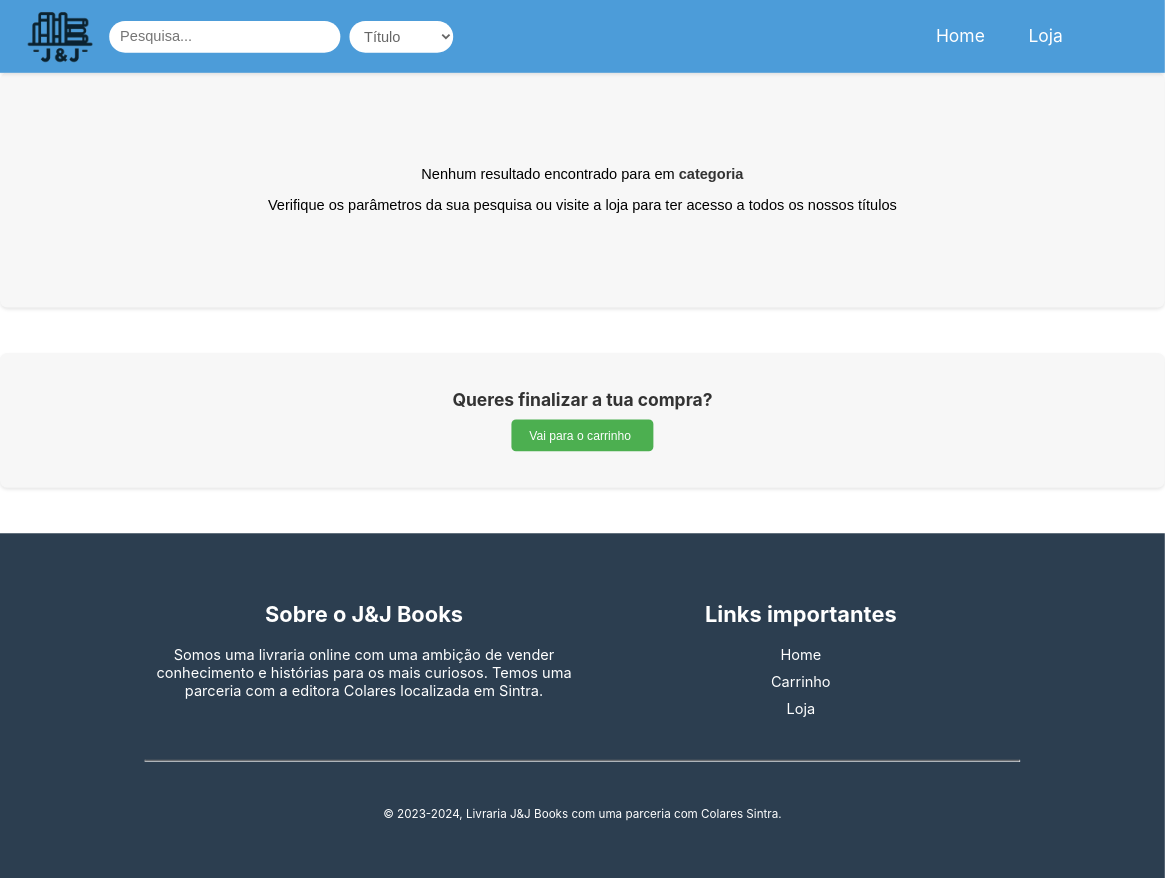
Repository: JoaoVitorFigueiredo/colareseditora
Page: /search
An editor plug-in stored every save of this project. The page is shown before and after a run of saves, followed by the edit.
The browser window is 1280 px wide. The pictures show the whole page, at 91% of full size.
Some icons come from a web library that is not loaded, so they are not drawn. The page's requests for data from a server got no answer. The project was rebuilt for these pictures with package versions that can differ from the ones it lists, and the page was loaded fresh each time. No one was signed in, and anything a server would have sent is missing. Also part of the build but not shown: src/Components/book-thumbnail.css, src/Utils/CartUtils.js, src/Components/book-thumbnail.js, src/Components/filter/filter.css, src/Components/filter/filter.js, src/Components/pageNav/pageNav.css, src/Components/pageNav/pageNav.js, src/Pages/shop/shop.css and 9 more.

Above is the page before, as saved 2024-04-18 21:16:20.

### public/index.html
<!DOCTYPE html>
<html lang="en">
  <head>
    <meta charset="utf-8" />
    <link rel="icon" href="%PUBLIC_URL%/favicon.ico" />
    <meta name="viewport" content="width=device-width, initial-scale=1" />
    <meta name="theme-color" content="#000000" />
    <meta
      name="description"
      content="Bookshop by J&J Books"
    />
    <link rel="apple-touch-icon" href="%PUBLIC_URL%/logo192.png" />
    <!--
      manifest.json provides metadata used when your web app is installed on a
      user's mobile device or desktop. See https://developers.google.com/web/fundamentals/web-app-manifest/
    -->
    <link rel="manifest" href="%PUBLIC_URL%/manifest.json" />
    <!--
      Notice the use of %PUBLIC_URL% in the tags above.
      It will be replaced with the URL of the `public` folder during the build.
      Only files inside the `public` folder can be referenced from the HTML.

      Unlike "/favicon.ico" or "favicon.ico", "%PUBLIC_URL%/favicon.ico" will
      work correctly both with client-side routing and a non-root public URL.
      Learn how to configure a non-root public URL by running `npm run build`.
    -->
    <title>J&J</title>
    <link href="https://cdn.jsdelivr.net/gh/eliyantosarage/font-awesome-pro@main/fontawesome-pro-6.5.1-web/css/all.min.css" rel="stylesheet">
  </head>
  <body>
    <noscript>You need to enable JavaScript to run this app.</noscript>
    <div id="root"></div>
    <!--
      This HTML file is a template.
      If you open it directly in the browser, you will see an empty page.

      You can add webfonts, meta tags, or analytics to this file.
      The build step will place the bundled scripts into the <body> tag.

      To begin the development, run `npm start` or `yarn start`.
      To create a production bundle, use `npm run build` or `yarn build`.
    -->
  </body>
</html>

### src/index.css
body {
  margin: 0;
  min-height: 100%;
  font-family: -apple-system, BlinkMacSystemFont, 'Segoe UI', 'Roboto', 'Oxygen',
    'Ubuntu', 'Cantarell', 'Fira Sans', 'Droid Sans', 'Helvetica Neue',
    sans-serif;
  -webkit-font-smoothing: antialiased;
  -moz-osx-font-smoothing: grayscale;
}

code {
  font-family: source-code-pro, Menlo, Monaco, Consolas, 'Courier New',
    monospace;
}

### src/App.js
import './App.css';
import {BrowserRouter as Router, Routes, Route} from "react-router-dom";
import {createContext, useState} from "react";

import Navbar from "./Components/navbar/navbar.js"
import Footer from "./Components/footer/footer.js"

import {Shop} from "./Pages/shop/shop"
import {Cart} from "./Pages/cart/cart"
import {BestSellers} from "./Pages/best-sellers/best-sellers";
import {Sales} from "./Pages/sales/books"
import {BookPage} from "./Pages/book-page/book-page";
import {Search} from "./Pages/search/search.js";

import {NotFoundPage} from './Pages/404/notfound';


export const CartContext = createContext({books:[],total:0,volume:0})

function App() {
  const [cart, setCart] = useState({books:[],total:0,volume:0})

  return (
    <div className="App">
      <CartContext.Provider value={{cart,setCart}}>
    <Router>
      <Navbar/>
      <Routes>
        <Route path="/" element={<BestSellers/>}></Route>
        <Route path="/shop" element={<Shop/>}></Route>
        <Route path="/sales" element={<Sales/>}></Route>
        <Route path="/cart" element={<Cart/>}></Route>
        <Route path="/book/:id" element={<BookPage/>}></Route>
        <Route path="/search" element={<Search/>}></Route>
        <Route path="*" element={<NotFoundPage />} />
      </Routes>
      <Footer/>
    </Router>
        </CartContext.Provider>
    </div>

  );
}

export default App;

### src/Components/navbar/navbar.js
import React, { useState, useContext } from "react";
import { NavLink, useNavigate } from "react-router-dom";
import "./navbar.css";
import booklogo from '../../assets/logo-jj.png';
import {CartContext} from "../../App";


function NavBar() {
    const navigator = useNavigate()

    const [isMenuOpen, setIsMenuOpen] = useState(false);
    const toggleMenu = () => setIsMenuOpen(prevState => !prevState);

    const [searchString, setSearchString] = useState('');

    const [searchOption, setSearchOption] = useState('title')

    const {cart} = useContext(CartContext)



    function updateSearchString(e) {
        setSearchString(e.target.value);
    }

    function updateSearchOption(e){
        setSearchOption(e.target.value)
    }

    function handleEnter(e){
        if (e.key === "Enter") {
            navigator(`/search?searchOption=${searchOption}&searchString=${searchString}&page=1`)
        }
    }

    return (
        <nav className="navbar">
            <div className="nav-container">
                <NavLink exact to="/" className="nav-logo">
                    <img src={booklogo} alt="J&J Books Logo" className="logo-image"/>
                </NavLink>

                <div className="nav-search-container">
                    <input
                        type="text"
                        placeholder="Pesquisa..."
                        className="nav-search-input"
                        value={searchString}
                        onChange={updateSearchString}
                        onKeyDown={handleEnter}
                    />
                    <select id="dropdown" value={searchOption} onChange={updateSearchOption}>
                        <option value="title">Título</option>
                        <option value="authors">Autor</option>
                        <option value="categories">Categoria</option>
                    </select>
                </div>

                <div className="nav-toggle" onClick={toggleMenu}>
                    <div className={isMenuOpen ? "nav-icon open" : "nav-icon"}><i class="fa-solid fa-sliders"></i></div>
                </div>

                <ul className={isMenuOpen ? "nav-menu active" : "nav-menu"}>
                    <li className="nav-item" onClick={toggleMenu}>
                        <NavLink exact to="/" activeClassName="active" className="nav-links">
                            Home
                        </NavLink>
                    </li>
                    <li className="nav-item" onClick={toggleMenu}>
                        <NavLink exact to="/shop?selectedOption=-score&filterOption=authors&filterString=&page=1"
                              activeClassName="active" className="nav-links">
                            Loja
                        </NavLink>
                    </li>
                    <li className="nav-item" onClick={toggleMenu}>
                        <NavLink exact to="/cart" activeClassName="active" className="nav-links">
                            <i className="fas fa-shopping-cart"></i>
                            {cart.volume > 0 && (
                                <span className="cart-item-count">{cart.volume}</span>
                            )}
                        </NavLink>
                    </li>
                </ul>
            </div>
        </nav>
    );
}

export default NavBar;

### src/Components/footer/footer.js
import React from "react";
import { NavLink, useLocation } from "react-router-dom";
import "./footer.css";

function Footer() {
    const location = useLocation()
    function CallForAction() {

        if (location.pathname !== "/cart"){
            return (
                <div className="cart-call-for-action">
                    <h3>Queres finalizar a tua compra?</h3>
                    <NavLink to="/cart">
                        <button>Vai para o carrinho <i className="fas fa-shopping-cart"/></button>
                    </NavLink>
                </div>
            );
        }
    }

    return (
        <div>
            <CallForAction/>
            <footer className="footer">

                <div className="footer-container">
                    <div className="footer-section">
                        <h3 className="footer-heading">Sobre o J&J Books</h3>
                    <p className="footer-text">Somos uma livraria online com uma ambição de vender conhecimento e
                        histórias para os mais curiosos. Temos uma parceria com a editora Colares localizada em
                        Sintra.</p>
                </div>
                <div className="footer-section">
                    <h3 className="footer-heading">Links importantes</h3>
                    <ul className="footer-list">
                        <li className="footer-list-item"><NavLink to="/" className="footer-link">Home</NavLink>
                        </li>
                        <li className="footer-list-item"><NavLink to="/cart" className="footer-link">Carrinho</NavLink></li>
                        <li className="footer-list-item"><NavLink to="/shop" className="footer-link">Loja</NavLink></li>
                    </ul>
                </div>
            </div>
            <hr className="footer-divider"/>
            <div className="copyright">
                <p>&copy; 2023-{new Date().getFullYear()}, Livraria J&J Books com uma parceria com Colares Sintra.</p>
            </div>
        </footer>
        </div>
        );
        }

        export default Footer;

### src/Pages/search/search.js
import React, {useEffect, useState} from "react";
import {useLocation} from "react-router-dom";
import {BookThumbnail} from "../../Components/book-thumbnail";
import {PageNav} from "../../Components/pageNav/pageNav";
import "./search.css";

export function Search(){
    const  location  = useLocation()
    const { search } = location
    let page = new URLSearchParams(location.search).get("page")
    let searchString = new URLSearchParams(location.search).get("searchString")
    let searchOption = new URLSearchParams(location.search).get("searchOption")
    const [books, setBook] = useState([])
    const [pageNumber,setPageNumber] = useState()


    useEffect(() => {
        fetchBooks();
    },[page, searchString, searchOption])

    useEffect(()=>{
        window.scrollTo(0,0)
    }, [page])

    const fetchBooks = async () => {
        try {
            const responseTotal = await fetch(`http://localhost:3030/books?title_like=${searchString}`,{method:"GET"})
            const allBooks = await responseTotal.json();
            const totalBooks = allBooks.length
            setPageNumber(Math.ceil(totalBooks / 10))


            const response = await fetch(`http://localhost:3030/books?${searchOption}_like=${searchString}&_per_page=10&_page=${page}`,{method:"GET"})
            const bookData = await response.json();
            setBook(bookData)
        }
        catch (error){
            console.error(`Error fetching data: ${error}`) // Era engraçado fazer isso daqui enviar pra uma página de erro.
        }
    }
    if (books.length > 0) {
        return (
            <div>
                <h1 className="search-results">A exibir resultados para "{searchString}" em {searchOption === "authors" ? "autor" : searchOption === "title" ? "título" : "categoria"}</h1>
                {books.map(book => <BookThumbnail book={book}/>)}
                <PageNav currentPage={page} currentPath={location.pathname} currentParams={search}
                         pageNumber={pageNumber}/>
            </div>
        )
    }else{
        return(
            <div class="search-result">
                <p>Nenhum resultado encontrado para <strong>{searchString}</strong> em <strong>{searchOption === "authors" ? "autor" : searchOption === "title" ? "título" : "categoria"}</strong></p>
                <p>Verifique os parâmetros da sua pesquisa ou visite a loja para ter acesso a todos os nossos títulos</p>
            </div>
        )
    }
}

### src/Components/navbar/navbar.css
.navbar {
    background-color: #4c9cd9;
    height: 80px;
    display: flex;
    justify-content: center;
    align-items: center;
    font-size: 1.2rem;
    position: sticky;
    top: 0;
    z-index: 20;
    box-shadow: 0 2px 4px rgba(0, 0, 0, 0.1); /* Sombra inicial */
    transition: box-shadow 0.3s ease; /* Transição suave para a sombra */
  }

  .nav-container {
    display: flex;
    justify-content: space-between; /* Adiciona espaço entre os elementos */
    align-items: center;
    width: 100%;
    height: 80px;
    max-width: 1500px;
    position: relative;
}

.nav-menu {
    display: flex;
    list-style: none;
    text-align: center;
    margin-right: 2rem;
    margin-left: auto; /* Move os itens para o canto direito */
}


  .nav-logo {
    display: flex;
    align-items: center;
}

.nav-logo img {
    margin-left: 10px;
    cursor: pointer;
    width: 110px; /* Defina o tamanho desejado para a imagem */
    height: auto;
}


  .logo-image {
  width: 110px;
  height: auto;
}

  .nav-links {
    color: #fff;
    text-decoration: none;
    padding: 0.5rem 1rem;
    height: 100%;
    border-bottom: 3px solid transparent;
  }

  .nav-links:hover {
    color: #47636d;
  }

  .nav-links:active {
    color: #47636d;
  }

  .nav-item {
    line-height: 40px;
    margin-right: 1rem;
  }

  .nav-item:after {
    content: "";
    display: block;
    height: 3px;
    width: 0;
    background: transparent;
    transition: width 0.7s ease, background-color 0.5s ease;
  }

  /* Nav ativo atual */
  .nav-item .active {
    color: #000000;
  }

  .nav-icon {
    display: none;
    color: #6099ca;
  }

  .nav-icon .icon {
    display: inline-block;
    width: 2rem;
    height: 2rem;
  }

  @media screen and (max-width: 960px) {

    .nav-search-container {
        flex-grow: 1; /* Faz o container de pesquisa ocupar todo o espaço disponível */
    }

    .nav-menu {
      display: flex;
      flex-direction: column;
      width: 100%;
      border-top: 1pxsolid #fff;
      position: absolute;
      top: 80px;
      left: -110%;
      opacity: 1;
      transition: all 0.5s ease;
    }

    .nav-menu.active {
      background: #6699c6;
      left: 0px;
      opacity: 1;
      transition: all 0.5s ease;
      z-index: 1;
    }
    .nav-item .active {
      color: #4080ff;
      border: none;
    }
    .nav-links {
      padding: 1.5rem;
      width: 100%;
      display: table;
    }

    .nav-logo .icon {
      width: 2rem;
      height: 2rem;
    }

    .nav-icon {
      display: block;
      position: absolute;
      top: 50%;
      right: 0;
      transform: translate(-100%, -50%);
      width: 2rem;
      height: 2rem;
      cursor: pointer;
      color: #ffffff;
    }
  }

.nav-search-container {
    position: relative;
    display: flex; /* Adiciona flexbox para alinhar itens */
}

.nav-search-input {
  border: none;
  border-radius: 20px;
  padding: 8px 35px 8px 12px;
  font-size: 1rem;
  margin-right: 10px; /* Adiciona margem entre o input e o dropdown */
  flex-grow: 1; /* Faz o input ocupar o espaço restante */
}

#dropdown {
  border: none;
  border-radius: 20px;
  padding: 8px 12px;
  font-size: 1rem;
  background-color: #fff;
  color: #666;
  cursor: pointer;
}

.cart-item-count {
  content:attr(value);
  font-size:12px;
  color: #fff;
  background: red;
  border-radius:50%;
  padding: 0 5px;
  position:relative;
  left:-8px;
  top:-10px;
  opacity:0.9;
}

@media screen and (max-width: 960px) {

  .nav-search-container {
    display: none;
  }

  #dropdown {
    display: none;
  }
}

### src/Components/footer/footer.css
.footer {
    background-color: #2c3e50; /* Darker blue background color */
    color: #fff; /* White text color */
    padding: 50px 0;
    margin-top: 50px;
    text-align: center;
}

.footer-container {
    display: flex;
    justify-content: space-between;
    max-width: 960px;
    margin: 0 auto;
}

.footer-section {
    flex: 1;
    margin-bottom: 30px;
}

.footer-heading {
    color: #fff;
    font-size: 1.5rem;
    margin-bottom: 20px;
}

.footer-text {
    font-size: 1rem;
}

.footer-list {
    list-style-type: none;
    padding: 0;
}

.footer-list-item {
    margin-bottom: 10px;
}

.footer-link {
    color: #fff;
    text-decoration: none;
    font-size: 1rem;
    transition: color 0.3s ease;
}

.footer-link:hover {
    color: #f39c12; /* Yellow color on hover */
}

/* Copyright */
.copyright {
    margin-top: 50px;
    font-size: 0.8rem;
}

.footer-divider {
    width: 75%;
    border-top: 1px solid #6f6e6e; /* Cor e estilo da linha */
    margin: 0 auto; /* Espaçamento acima e abaixo da linha */
}

/* Media query for smaller screens */
@media only screen and (max-width: 768px) {
    .footer-container {
        flex-direction: column;
        align-items: center;
    }
    .footer-section {
        width: 100%;
    }
}

.cart-call-for-action {
    background-color: #f7f7f7;
    padding: 20px;
    border-radius: 8px;
    box-shadow: 0 2px 4px rgba(0, 0, 0, 0.1);
    margin-bottom: 20px;
    margin-top: 50px;
}

.cart-call-for-action h3 {
    margin-bottom: 10px;
    font-size: 1.2rem;
    color: #333;
}

.cart-call-for-action button {
    background-color: #4CAF50;
    color: white;
    padding: 10px 20px;
    border: none;
    border-radius: 5px;
    cursor: pointer;
    transition: background-color 0.3s ease;
    margin-bottom: 20px;
}

.cart-call-for-action button:hover {
    background-color: #45a049;
}

.cart-call-for-action button i {
    margin-left: 5px;
}

### src/Pages/search/search.css
.search-result {
    font-family: Arial, sans-serif;
    background-color: #f7f7f7;
    padding: 100px;
    border-radius: 8px;
    box-shadow: 0 2px 4px rgba(0, 0, 0, 0.1);
    margin-bottom: 20px;
}

.search-result p {
    margin: 0;
    line-height: 1.5;
}

.search-result p strong {
    font-weight: bold;
    color: #333;
}

.search-result p:first-child {
    margin-bottom: 10px;
}

### src/Pages/404/notfound.css
.container {
    max-width: 600px;
    margin: 0 auto;
    text-align: center;
    padding: 80px 20px;
  }

  .title {
    font-size: 36px;
    color: #333;
  }

  .message {
    font-size: 18px;
    color: #666;
    margin-top: 20px;
  }

  a {
    color: #007bff;
    text-decoration: none;
  }

  a:hover {
    text-decoration: underline;
  }

Loaded but not shown: src/index.js (common file); src/reportWebVitals.js (common file); src/App.css (common file)

After the next 4 saves:
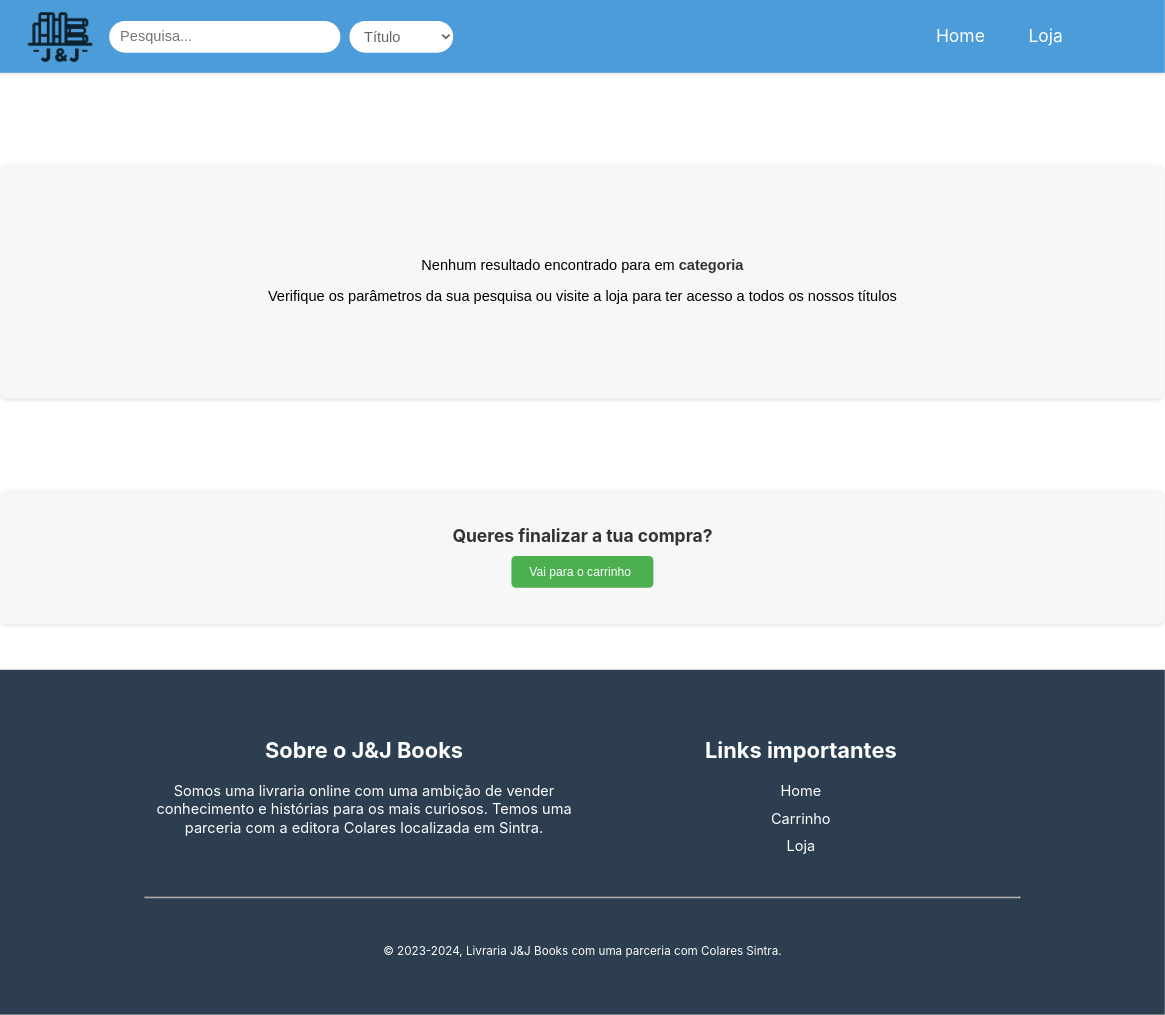
The 4 saves are shown as one change because they came seconds apart.
The last was saved 16 s later.
--- a/src/Pages/search/search.css
+++ b/src/Pages/search/search.css
@@ -4,7 +4,8 @@
     padding: 100px;
     border-radius: 8px;
     box-shadow: 0 2px 4px rgba(0, 0, 0, 0.1);
-    margin-bottom: 20px;
+    margin-bottom: 100px;
+    margin-top: 100px;
 }
 
 .search-result p {
